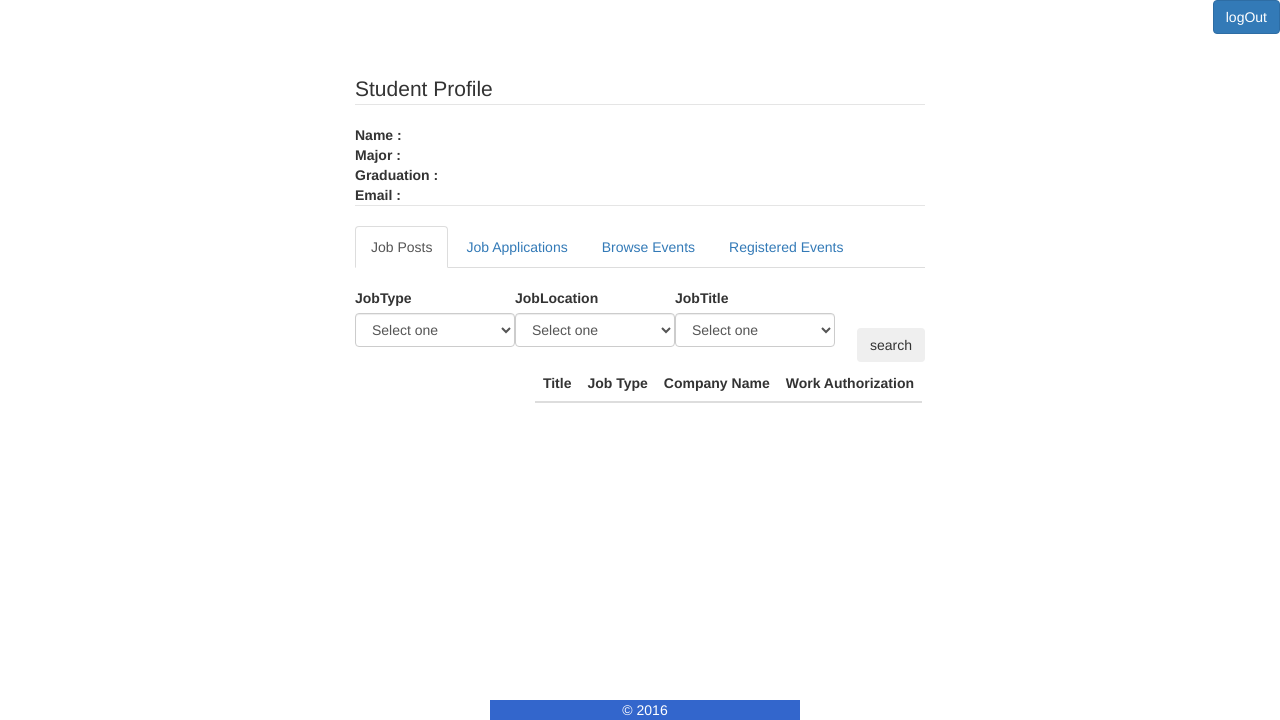
Repository: merlynfrank/AcademicProjects
Page: http://localhost/studenthome
These files come from the project's save history. The page is drawn as it stood at one moment and after the next save; the edit follows.
The browser window is 1280 px wide. The pictures show the whole page.
The page is this project's Thymeleaf template; nobody is signed in. The template is opened directly, without the code that normally fills it, so the values that code supplies are empty.

Above is the page before, as saved 2018-12-01 07:01:42.

After the next save:
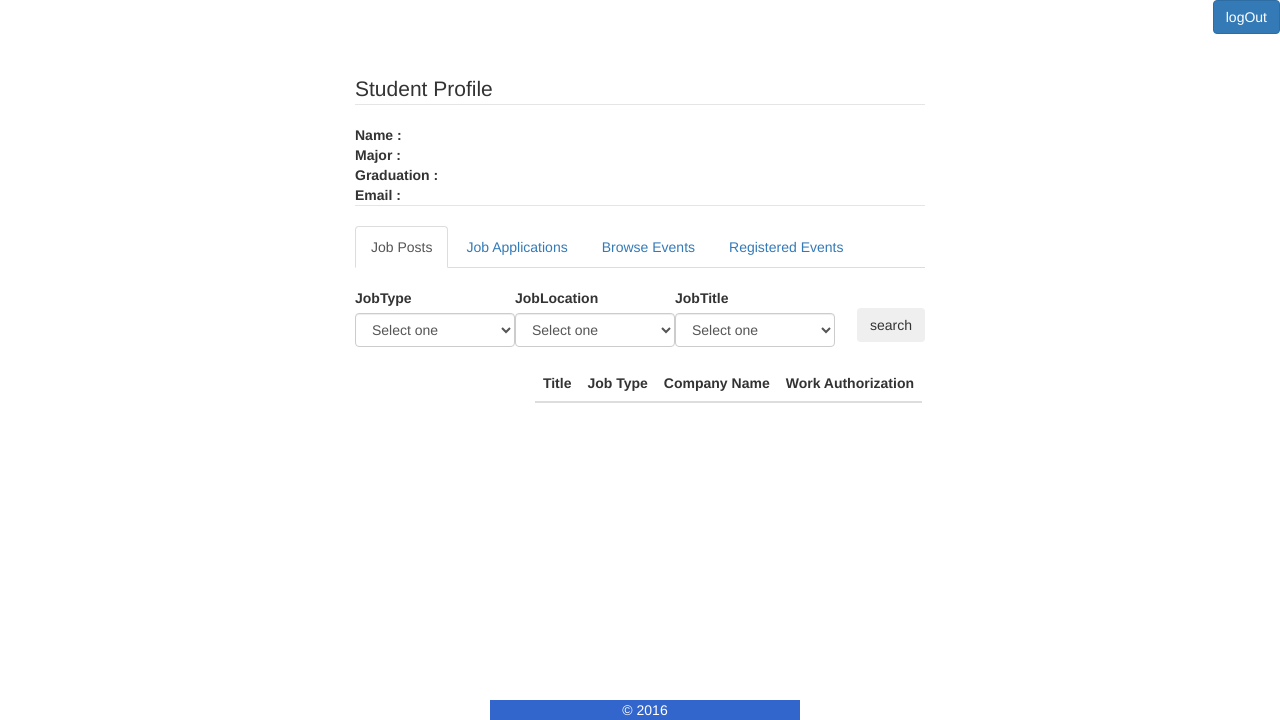
Saved 50 s later.
--- a/smith-is-internship/src/main/resources/templates/studenthome.html
+++ b/smith-is-internship/src/main/resources/templates/studenthome.html
@@ -122,7 +122,7 @@
 						</select>
 					</div>
 					<div align="right">
-					<br/><br/>
+					<br/>
 						<button id="search" name="search" class="btn">search</button>
 					</div>
 				</form>
